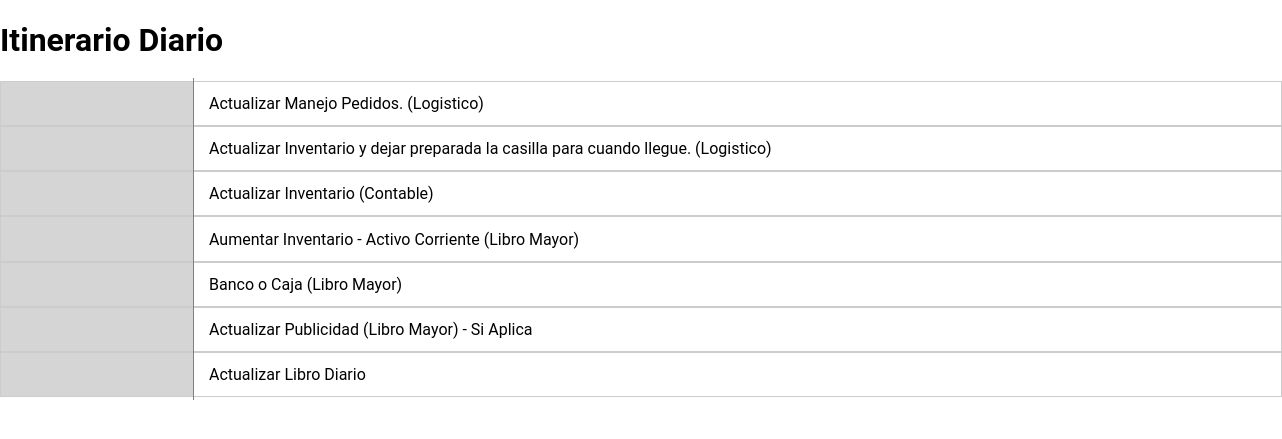
Repository: aCoupon0/intranet
Page: 1/iti-dia.html
An editor plug-in stored every save of this project. The page is shown before and after the next save, followed by the edit.
The browser window is 1280 px wide. The page is 1282 px wide, so the pictures cover 1282 px, including what lies to the right of the window. The pictures show the whole page.

Above is the page before, as saved 2024-12-11 11:28:06.

After the next save:
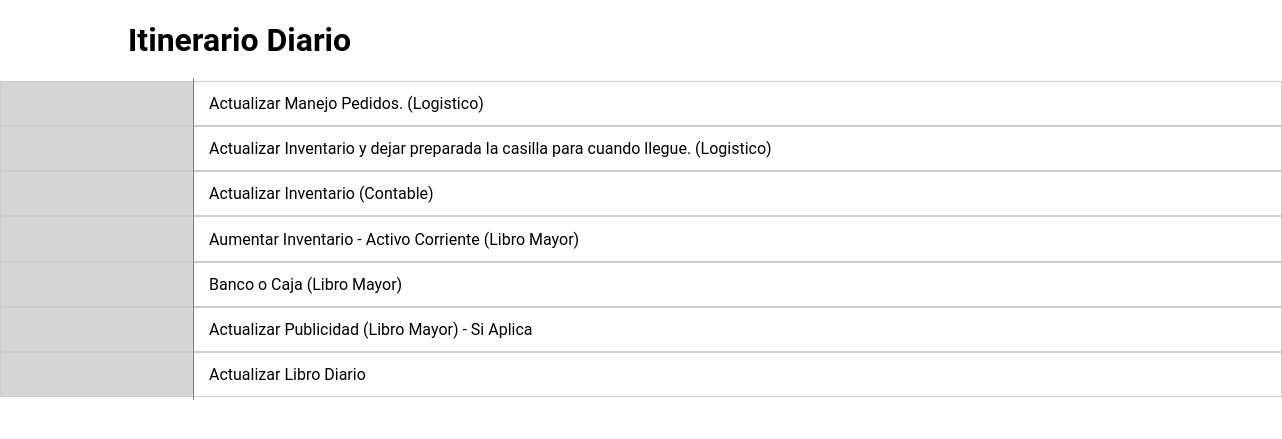
Saved 7 s later.
--- a/css/gasto.css
+++ b/css/gasto.css
@@ -3,7 +3,7 @@ body {
     font-family: 'Roboto', system-ui, -apple-system, BlinkMacSystemFont, 'Segoe UI', sans-serif;
 }
 
-.h1 {
+h1 {
     font-size: 2rem;
     margin-left: 10vw;
 }
